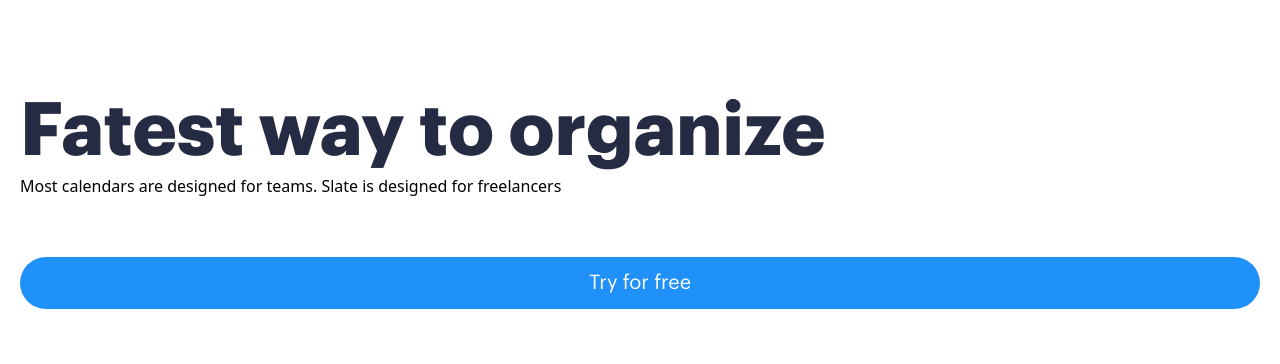
Repository: SK3010z/figmaland-tailwind
Page: /
An editor plug-in stored every save of this project. The page is shown before and after the next save, followed by the edit.
The browser window is 1280 px wide. The pictures show the whole page.
The project was rebuilt for these pictures with package versions that can differ from the ones it lists, and the page was loaded fresh each time. Also part of the build but not shown: vite.config.js, src/mediaQueries.jsx.

Above is the page before, as saved 2024-08-19 13:30:54.

### index.html
<!doctype html>
<html lang="en">
  <head>
    <meta charset="UTF-8" />
    <link rel="icon" type="image/svg+xml" href="/vite.svg" />
    <meta name="viewport" content="width=device-width, initial-scale=1.0" />
    <title>FigmaLand</title>
  </head>
  <body>
    <div id="root"></div>
    <script type="module" src="/src/main.jsx"></script>
  </body>
</html>

### src/main.jsx
import { StrictMode } from 'react'
import { createRoot } from 'react-dom/client'
import App from './App.jsx'
import MediaQueries from './mediaQueries.jsx'
import './index.css'

createRoot(document.getElementById('root')).render(
  <StrictMode>
    <App/>
  </StrictMode>
)

### src/App.jsx
import { Button } from "./components/Button"
import { CalendarFeature } from "./components/CalendarFeature"
import { Heading } from "./components/Heading"
function App() {
  return (
    <div className="bg-darkBackground">
      <CalendarFeature></CalendarFeature>
    </div>
  )
}

export default App

### src/index.css
@tailwind base;
@tailwind components;
@tailwind utilities;

@font-face {
  font-family: "Graphik-bold";
  src: url(./fonts/Graphik/Graphik-Bold-Trial.otf) format("opentype");
  font-style: normal;
  font-display: swap;
}
@font-face {
  font-family: "Graphik";
  src: url(./fonts/Graphik/Graphik-Regular-Trial.otf) format("opentype");
  font-style: normal;
  font-display: swap;
}

### src/components/Button/index.jsx
export const Button = ({ children, variant = "primary", isBold = false }) => {
  return (
    <button
      className={`flex items-center justify-center p-4 rounded-full font-graphik text-xl leading-5
        ${
          variant === "primary"
            ? "bg-primary text-white"
            : "bg-white text-primary"
        }
        ${isBold && "font-graphik-bold"}
      `}
    >
      {children}
    </button>
  );
};

### src/components/CalendarFeature/index.jsx
import { Button } from "../Button";
import { Heading } from "../Heading";
import CalendarImage from "../../assets/images/features/calendar-feature-screenshot.png";

export const CalendarFeature = ({}) => {
    return (
        <section className="bg-white py-[90px] px-5">
            <div className="flex flex-col">
                <Heading class="mb-4">Fatest way to organize</Heading>
                <p className="mb-[59px]">
                    Most calendars are designed for teams. Slate is designed for
                    freelancers
                </p>
                <Button>Try for free</Button>
            </div>

            <img scr={CalendarImage} />
        </section>
    );
};

### src/components/Heading/index.jsx
export const Heading = ({children, type = "h1", color = ''}) => {
    const customizedColor = color === 'white' ? 'text-white' : 'text-text'

    if (type == "h1") {
        return (
            <h1 className={`text-[4.625rem] leading-[84px] font-graphik-bold ${customizedColor}`}>{children}</h1>
        )
    }

    return(
     <h2 className={`text-5xl leading-[55px] font-graphik ${customizedColor}`}>{children}</h2>
    )
};

### tailwind.config.js
/** @type {import('tailwindcss').Config} */
export default {
  content: [
    "./index.html",
    "./src/**/*.{js,ts,jsx,tsx}",
  ],
  theme: {
    extend: {
      fontFamily: {
        'graphik': ['Graphik','sans-serif'],
        'graphik-bold': ['Graphik-bold','sans-serif']
      },
      colors: {
        primary: '#2091F9',
        text: '#252B42',
        decondaryText: '#374754',
        darkBackground: '#252B42'
      }
    },
  },
  plugins: [],
}

After the next save:
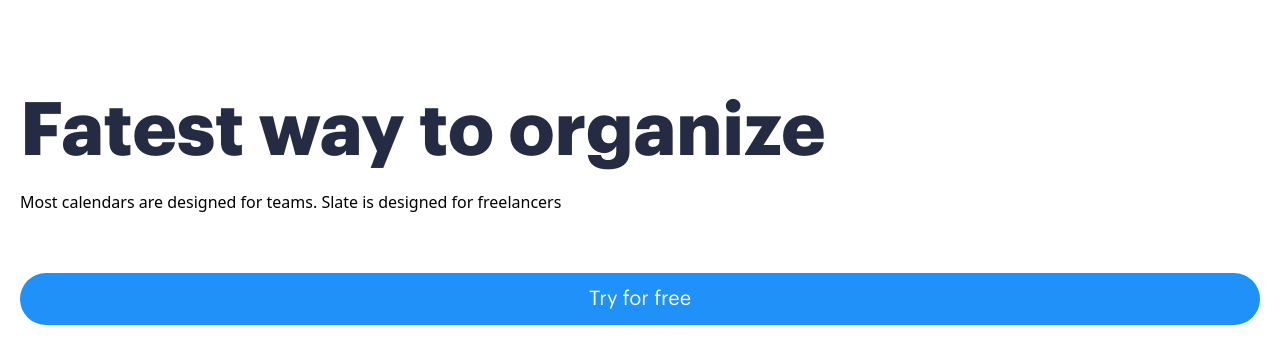
Saved 46 s later.
--- a/src/components/CalendarFeature/index.jsx
+++ b/src/components/CalendarFeature/index.jsx
@@ -6,8 +6,8 @@
     return (
         <section className="bg-white py-[90px] px-5">
             <div className="flex flex-col">
-                <Heading class="mb-4">Fatest way to organize</Heading>
-                <p className="mb-[59px]">
+                <Heading>Fatest way to organize</Heading>
+                <p className="mb-[59px] mt-4">
                     Most calendars are designed for teams. Slate is designed for
                     freelancers
                 </p>
